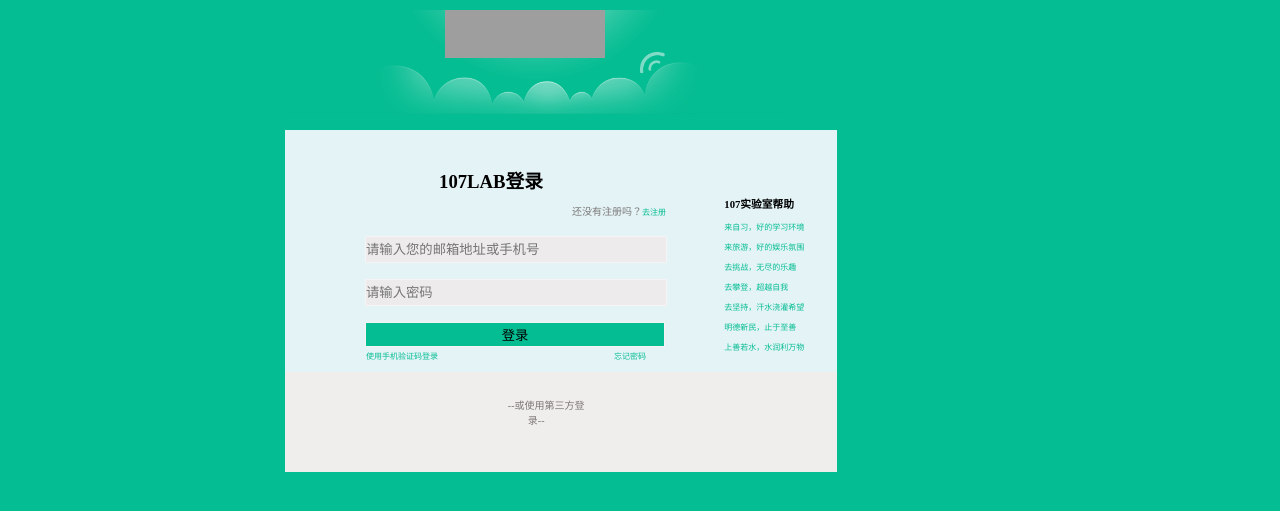
Repository: zz-yy/2023_homework
Page: 第一次考核作业/mazehua/index.html
The author's editor kept a copy of each file at every save. The page is drawn from the files as they stood at one save, then again after the next save.
The browser window is 1280 px wide. The pictures show the whole page.
Pictures or frames that could not be fetched are drawn as grey boxes.

Above is the page before, as saved 2024-04-05 15:04:34.

### 第一次考核作业/mazehua/index.html
<!DOCTYPE html>
<html lang="en">

<head>
    <meta charset="UTF-8">
    <meta http-equiv="X-UA-Compatible" content="IE=edge">
    <meta name="viewport" content="width=device-width, initial-scale=1.0">
    <title>107LAB登录</title>
    <!--引入css样式表-->
    <link rel="stylesheet" href="index.css">
    <!--引入图标样式-->
    <link rel="stylesheet" href="./iconfont.css">

</head>

<body>

    <div class="logbj">
        <div class="logo"><img src="./images/logo.png"></div><br>
    </div>

    <div class="login">
        <ul class="left">
            <li>

                    <h3>107LAB登录</h3>
                    <span class="tishi">还没有注册吗？<a href="#">去注册</a></span>



                <form action="#">
                    <input type="text" placeholder="请输入您的邮箱地址或手机号" name="text"><br>
                    <input type="password" placeholder="请输入密码" name="psd"><br>
                    <input class="sub" type="submit" value="登录">
                </form>
                <div class="forget"><span class="L"><a href="#">使用手机验证码登录</a> </span> <span class="R"><a
                            href="#">忘记密码</a></span></div>
            </li>
        </ul>
        <ul class="right">
            <li>
                <h6>107实验室帮助</h6>
            </li>
            <li> <a href="#">来自习，好的学习环境</a></li>
            <li> <a href="#">来旅游，好的娱乐氛围</a></li>
            <li><a href="#">去挑战，无尽的乐趣</a></li>
            <li><a href="#">去攀登，超越自我</a></li>
            <li><a href="#">去坚持，汗水浇灌希望</a></li>
            <li><a href="#">明德新民，止于至善</a></li>
            <li><a href="#">上善若水，水润利万物</a></li>
        </ul>


    </div>
    <div class="third">
        <ul class="third-left">
            <li><span>--或使用第三方登录--</span></li>
            <li></li>
        </ul>
        <ul class="third-right"></ul>
    </div>

</body>

</html>

### 第一次考核作业/mazehua/index.css
* {
    margin: 0px;
    padding: 0px;
    user-select: none;
}

body {

    background: rgb(5, 189, 146);
    float: left;

}

.logbj {
    background-image: url(/images/bg_reg_wave.png);
    background-repeat: no-repeat;
    background-size: 500px;

    width: 550px;
    height: 100px;
    margin: 10px 50%;

    padding: 10px 10px;
}

.logo {
    height: 60px;
    width: 200px;
    margin: 10px 120px;

}

.logo img {
    width: 80%;
    height: 80%;
    position: relative;
    left: 30px;
    top: -20px;
}

.login {
    display: flex;
    height: 250px;
    width: 550px;
    margin: -10px 50%;
    padding: 1px;
    background: #e3f3f6;

}

h3 {
    text-align: center;

}

li {
    width: 90px;
    height: 10px;
    list-style: none;
    position: relative;
    margin: 10px;
}

a {
    text-decoration: none;

}

.tishi {
    float: right;
    font-size: 10px;
    color: #7e7979;
    margin: 10px 0px;
}

a {
    font-size: 8px;
    color: rgb(5, 189, 146);
}

.left {
    width: 400px;
    height: 220px;
    margin: 20px 10px;
    float: left;
    padding: 5px 10px;
}

.left li {
    width: 350px;
    height: 200px;
    margin: 10px 10px;
    float: left;
}

form {
    height: 140px;
    width: 330px;
    margin: 10px 40px;
    padding: 1px;


}

input {
    margin: 8px;
    width: 300px;
    height: 25px;
    outline-style: none;
    background: rgb(237, 235, 235);
    border: 1px solid rgb(245, 243, 243);
}

.sub {
    background: rgb(5, 189, 146);
}

.right {
    height: 220px;
    width: 120px;
    float: right;
    padding: 5px;
    margin: 50px 2.5px;
}

.forget {
    width: 280px;
    height: 20px;
    margin: -10px 50px;
}

.L {
    float: left;
}

.R {
    float: right;
}

.third {
    display: flex;
    width: 552px;
    height: 100px;
    background: rgb(240, 237, 237);
    position: relative;
    top: 0px;
    left: 50%;
    font-size: 10px;
    color: #7e7979;
    text-align: center;
}



.third-left {
    width: 400px;
    height: 80px;
    margin: 10px 10px;
    float: left;
    padding: 5px 10px;
}

.third-right {
    height: 80px;
    width: 120px;
    float: right;
    padding: 5px;
    margin: 10px 2.5px;
}
.third-left li{

    margin: 10px 50%;

}
.third span {
    text-align: center;
    width: 552px;
    height: 30px;
    padding: 10px;
}

### 第一次考核作业/mazehua/iconfont/iconfont.css
@font-face {
  font-family: "iconfont"; /* Project id  */
  src: url('iconfont.ttf?t=1712408906963') format('truetype');
}

.iconfont {
  font-family: "iconfont" !important;
  font-size: 16px;
  font-style: normal;
  -webkit-font-smoothing: antialiased;
  -moz-osx-font-smoothing: grayscale;
}

.icon-qq:before {
  content: "\e66a";
}

.icon-weixin:before {
  content: "\e633";
}

.icon-zhanghu:before {
  content: "\e62b";
}

.icon-weixin1:before {
  content: "\e64b";
}

.icon-qq-copy:before {
  content: "\e658";
}

.icon-QQ:before {
  content: "\e73e";
}

.icon-GitHub:before {
  content: "\ea0a";
}

.icon-Oracle:before {
  content: "\ea23";
}

.icon-QQ1:before {
  content: "\e882";
}

.icon-zaixianlianxi:before {
  content: "\e6a7";
}

.icon-QQkongjian:before {
  content: "\e666";
}

.icon-QQ2:before {
  content: "\e667";
}

.icon-search:before {
  content: "\e611";
}

.icon-qq1:before {
  content: "\e636";
}

.icon-weixin2:before {
  content: "\e782";
}

.icon-weixin3:before {
  content: "\e607";
}

.icon-QQ3:before {
  content: "\ea94";
}

After the next save:
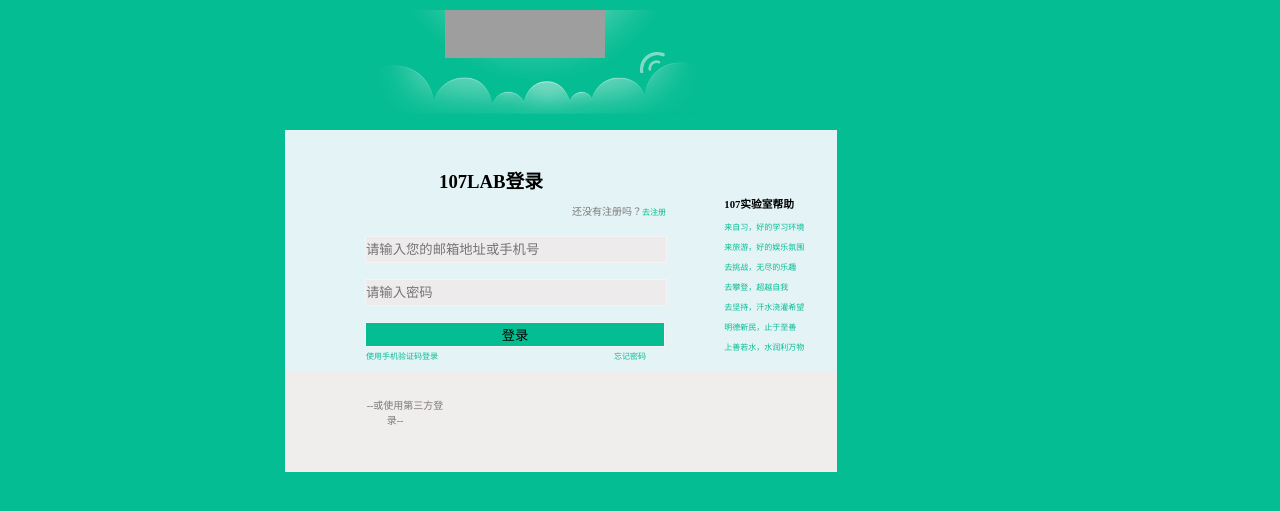
Saved 4 s later.
--- a/第一次考核作业/mazehua/index.css
+++ b/第一次考核作业/mazehua/index.css
@@ -169,7 +169,7 @@ input {
 }
 .third-left li{
 
-    margin: 10px 50%;
+    margin: 10px 50px;
 
 }
 .third span {
